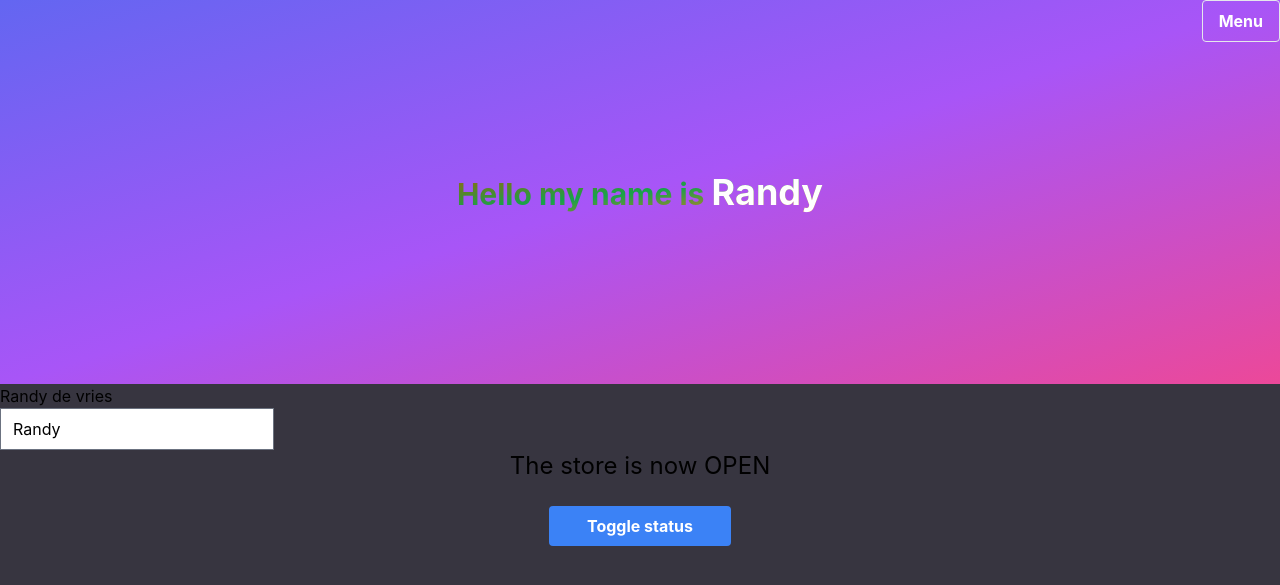
Repository: Freezler/az-900_svelte5
Page: /
An editor plug-in stored every save of this project. The page is shown before and after the next save, followed by the edit.
The browser window is 1280 px wide. The pictures show the whole page.
The project was rebuilt for these pictures with package versions that can differ from the ones it lists, and the page was loaded fresh each time. The framework's server and built-in components were replaced by stand-ins that run in the browser. Also part of the build but not shown: vite.config.ts.

Above is the page before, as saved 2024-11-02 13:29:15.

### src/routes/+page.svelte
<script lang="ts">
	import Header from './Header.svelte';
	import Popover from '../components/Popover.svelte';
	let name = $state('Randy');
	let status: 'OPEN' | 'CLOSED' = $state('OPEN');
	let full_name = $derived(name + ' ' + 'de vries');

	function toggle() {
		status = status === 'OPEN' ? 'CLOSED' : 'OPEN';
	}

	// function onclick() {
	// 	status = status === 'OPEN' ? 'CLOSED' : 'OPEN';
	// }
</script>

<Header {name} />

<Popover />

<p>{full_name}</p>

<input bind:value={name} />
<div class="grid place-items-center gap-6">
	<p class="text-2xl">The store is now {status}</p>
	<!-- <button on:click={toggle}>toggle status</button> -->
	<button
		class=" w-[182px] rounded bg-blue-500 px-4 py-2 font-bold text-white hover:bg-blue-700 active:scale-[.98]"
		type="button"
		onclick={toggle}>Toggle status</button
	>
</div>

### src/app.css
@tailwind base;
@tailwind components;
@tailwind utilities;

* {
  margin: 0;
  padding: 0;
  box-sizing: border-box;
}

body {
  background-color: hsl(252, 9%, 23%);
  font-family: -apple-system, BlinkMacSystemFont, 'Segoe UI', 'Roboto', 'Oxygen',
    'Ubuntu', 'Cantarell', 'Fira Sans', 'Droid Sans', 'Helvetica Neue',
    sans-serif;
  -webkit-font-smoothing: antialiased;
  -moz-osx-font-smoothing: grayscale;

  user-select: none;
}

### src/routes/Header.svelte
<script lang="ts">
	let { name }: { name: string } = $props();
</script>

<div
	class="grid h-96 place-items-center bg-gradient-to-br from-indigo-500 via-purple-500 to-pink-500"
>
	<h1
		class="bg-gradient-to-br from-yellow-700 via-green-600 to-orange-500 bg-clip-text text-3xl font-bold text-transparent"
	>
		Hello my name is <span class="text-4xl text-white">{name}</span>
	</h1>
</div>

### src/components/Popover.svelte
<script lang="ts">
	import { fly } from 'svelte/transition';
	let isMenuOpen = false;

	function toggle() {
		isMenuOpen = !isMenuOpen;
	}
</script>

<button
	on:click={toggle}
	tabindex="0"
	class="absolute right-0 top-0 rounded border px-4 py-2 font-bold text-white hover:bg-blue-700"
>
	Menu
</button>

{#if isMenuOpen}
	<div
		class="fixed bottom-0 left-0 mt-auto h-[332px] w-full bg-white text-center"
		id=""
		in:fly={{ duration: 600, delay: 200 , y: 300 }}
		out:fly={{ duration: 600, delay: 200, y: 300 }}
	>
		<ul class="flex h-full w-full flex-col place-items-center items-center justify-center gap-4">
			<li class="hover:underline" tabindex="0">HOME</li>
			<li>ABOUT ME</li>
			<li>PROJECTS</li>
			<li>CONTACT</li>
		</ul>
	</div>
{/if}

### tailwind.config.ts
import aspectRatio from '@tailwindcss/aspect-ratio';
import containerQueries from '@tailwindcss/container-queries';
import forms from '@tailwindcss/forms';
import typography from '@tailwindcss/typography';
import type { Config } from 'tailwindcss';

export default {
	content: ['./src/**/*.{html,js,svelte,ts}'],
	corePlugins: {
		preflight: true,
	},

	theme: {
		extend: {
			animation: {



			},

			keyframes: {

			}

		}
	},

	plugins: [typography, forms, containerQueries, aspectRatio]
} satisfies Config;

Loaded but not shown: src/app.html (common file); src/routes/+layout.svelte (common file)

After the next save:
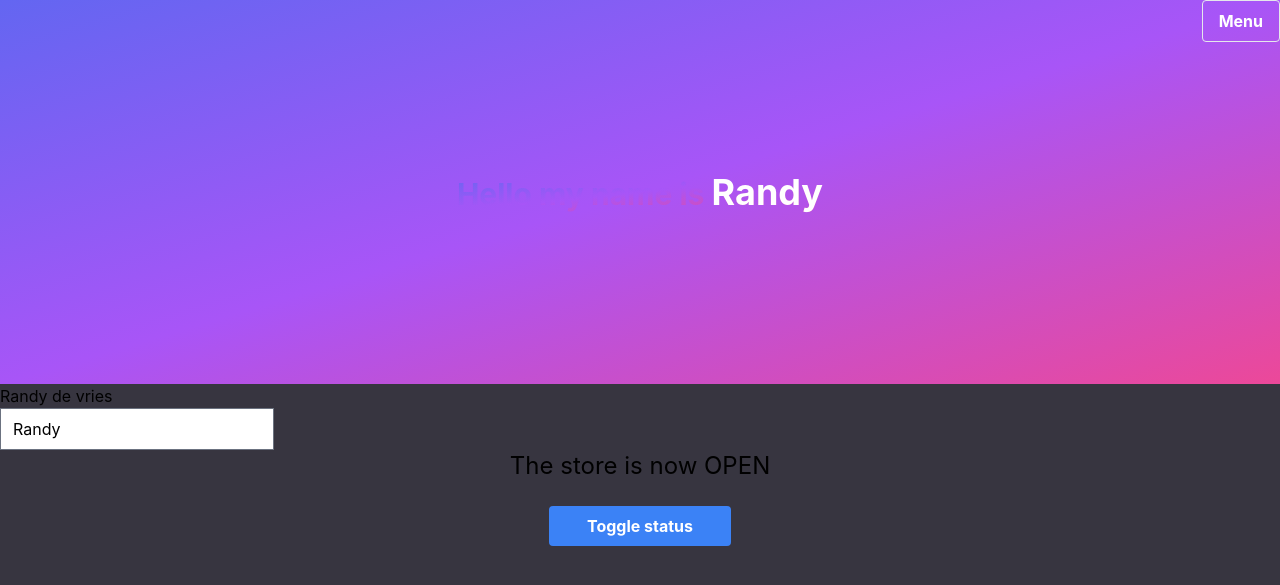
Saved 98 s later.
--- a/src/routes/Header.svelte
+++ b/src/routes/Header.svelte
@@ -6,7 +6,7 @@
 	class="grid h-96 place-items-center bg-gradient-to-br from-indigo-500 via-purple-500 to-pink-500"
 >
 	<h1
-		class="bg-gradient-to-br from-yellow-700 via-green-600 to-orange-500 bg-clip-text text-3xl font-bold text-transparent"
+		class="bg-gradient-to-br from-indigo-500 via-purple-500 to-pink-500 bg-clip-text text-3xl font-bold text-transparent"
 	>
 		Hello my name is <span class="text-4xl text-white">{name}</span>
 	</h1>
